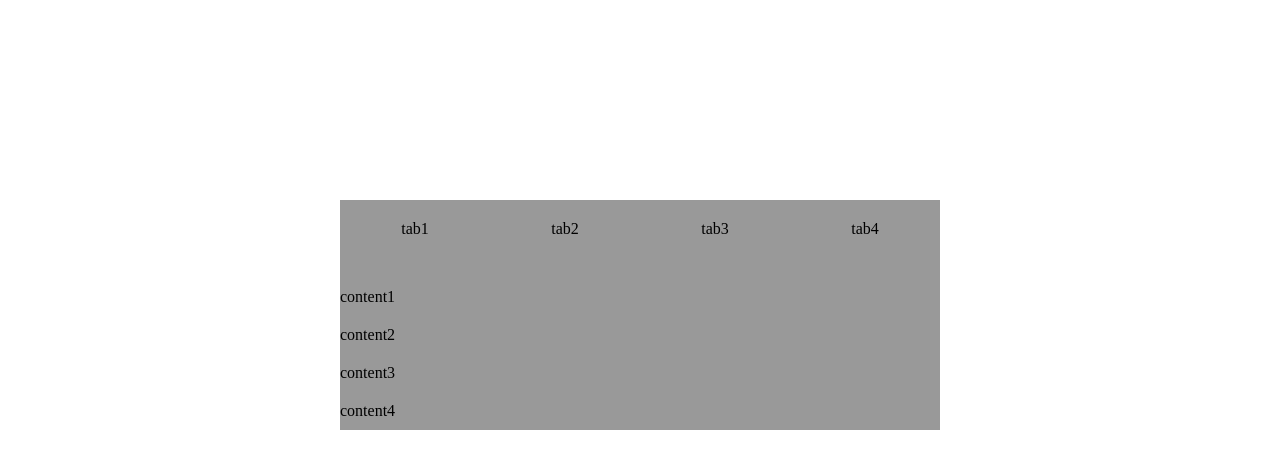
Repository: PCTai/javascript-coban
Page: tab UI/index.html
An editor plug-in stored every save of this project. The page is shown before and after a run of saves, followed by the edit.
The browser window is 1280 px wide. The pictures show the whole page.

Above is the page before, as saved 2022-02-09 16:49:50.

After the next 2 saves:
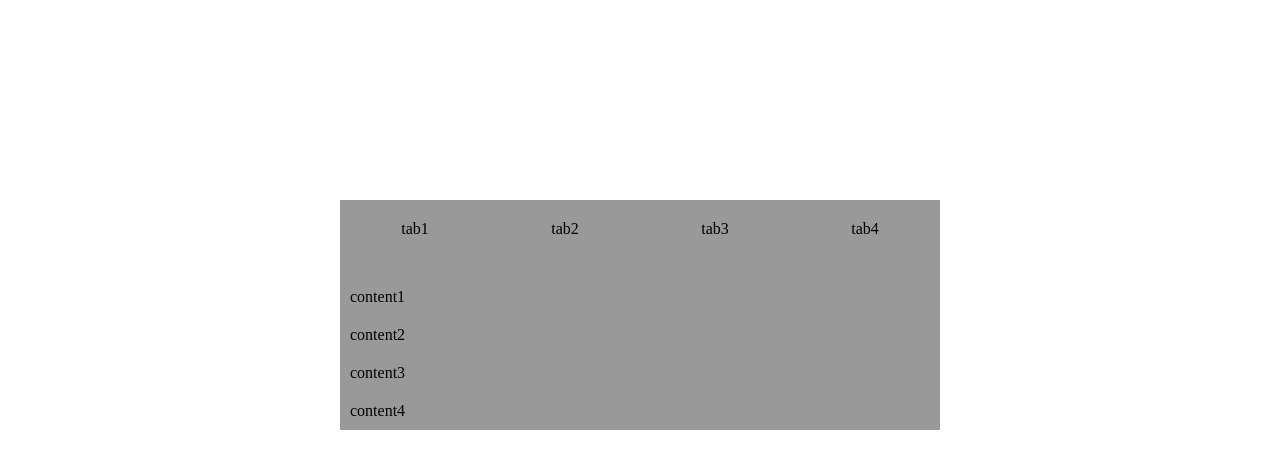
The 2 saves are shown as one change because they came seconds apart.
The last was saved 5 s later.
--- a/tab UI/style.css
+++ b/tab UI/style.css
@@ -22,5 +22,5 @@
     margin-top: 20px;
 }
 .box-item{
-    padding: 10px 0;
+    padding: 10px 10px;
 }
